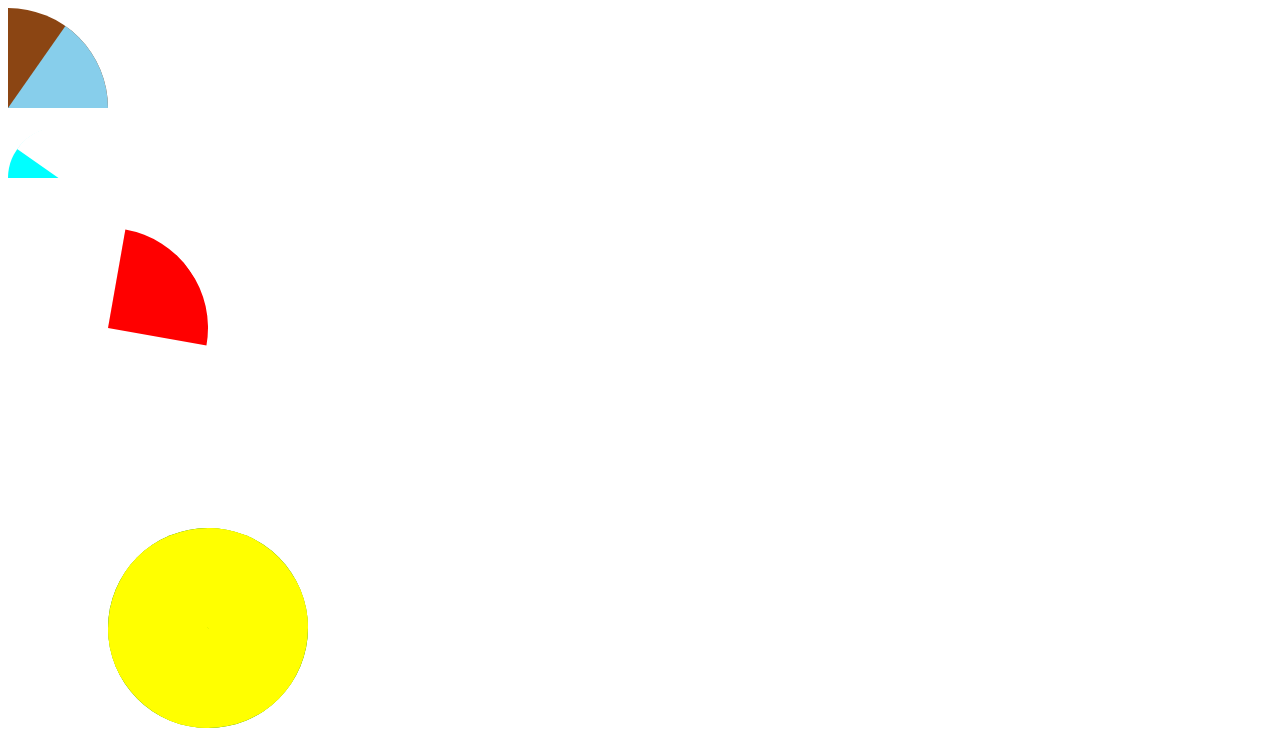
Repository: MMXiaohang/frontend-interview-coding
Page: 56.扇形.html
These files come from the project's save history. The page is drawn as it stood at one moment and after a run of saves; the edit follows.
The browser window is 1280 px wide. The pictures show the whole page.

Above is the page before, as saved 2022-08-14 10:54:54.

### 56.扇形.html
<!DOCTYPE html>
<html lang="en">
<head>
    <meta charset="UTF-8">
    <meta http-equiv="X-UA-Compatible" content="IE=edge">
    <meta name="viewport" content="width=device-width, initial-scale=1.0">
    <title>扇形</title>
    <style>
        #div{
            width: 100px;
            height: 100px;
            position: relative;
            background: transparent;
            overflow: hidden;
            /* transform: rotate(-45deg); */
        }

        #circle{
            position: absolute;
            right: 0;
            top: 0;
            width: 200px;
            height: 200px;
            border-radius: 50%;
            background-color: saddlebrown;
            overflow: hidden;
        }

        #d1{
            transform: skewX(145deg);
            transform-origin: 0 100%;
            position: absolute;
            right: 0;
            top: 0;
            background-color: skyblue;
            width: 100px;
            height: 100px;
        }

        .container{
            width: 100px;
            height: 100px;
            margin-top: 20px;
            background-color: transparent;
        }

        .c1{
            width: 100px;
            height: 50px;
            background-color: aqua;
            border-radius: 50px 50px 0 0;
        }

        .c2{
            width: 101px;
            height: 51px;
            background-color: white;
            border-radius: 0 0 50px 50px;
            transform: rotate(-145deg);
            transform-origin: center top;
        }

        .semicircle{
            width: 0;
            height: 0;
            border: 100px solid red;
            border-radius: 50%;
            border-color: transparent transparent transparent red;
            transform: rotateZ(145deg);
            margin-bottom: 100px;
        }

        .pie{
            margin-top: 100px;
            margin-left: 100px;
            height: 200px;
            width: 200px;
            border-radius: 50%;
            position: relative;
            overflow: hidden;
            background-color: aqua;
        }

        .slice{
            width: 100px;
            height: 100px;
            position:absolute;
            top: 0;
            right: 0;
            transform: skewY(-30deg);
            transform-origin: 0 100%;
            background-color: yellow;
            overflow: hidden;
        }

        .pie:nth-child(2n){
            background-color: green;
        }

        .slice-one{
            transform: rotate(0);
        }

        .slice-two{
            transform: rotate(-60deg);
        }

        .slice-three{
            transform: rotate(-120deg);
        }
        .slice-four{
            transform: rotate(-180deg);
        }
        .slice-five{
            transform: rotate(-240deg);
        }
        .slice-six{
            transform: rotate(-300deg);
        }
    </style>
</head>
<body>
    <div id="div">
        <div id="circle">
            <div id="d1"></div>
        </div>
    </div>


    <div class="container">
        <div class="c1"></div>
        <div class="c2"></div>
    </div>

    <div class="semicircle"></div>

    <div class="pie">
        <div class="slice slice-one"></div>
        <div class="slice slice-two"></div>
        <div class="slice slice-three"></div>
        <div class="slice slice-four"></div>
        <div class="slice slice-five"></div>
        <div class="slice slice-six"></div>
    </div>
</body>
</html>

After the next 2 saves:
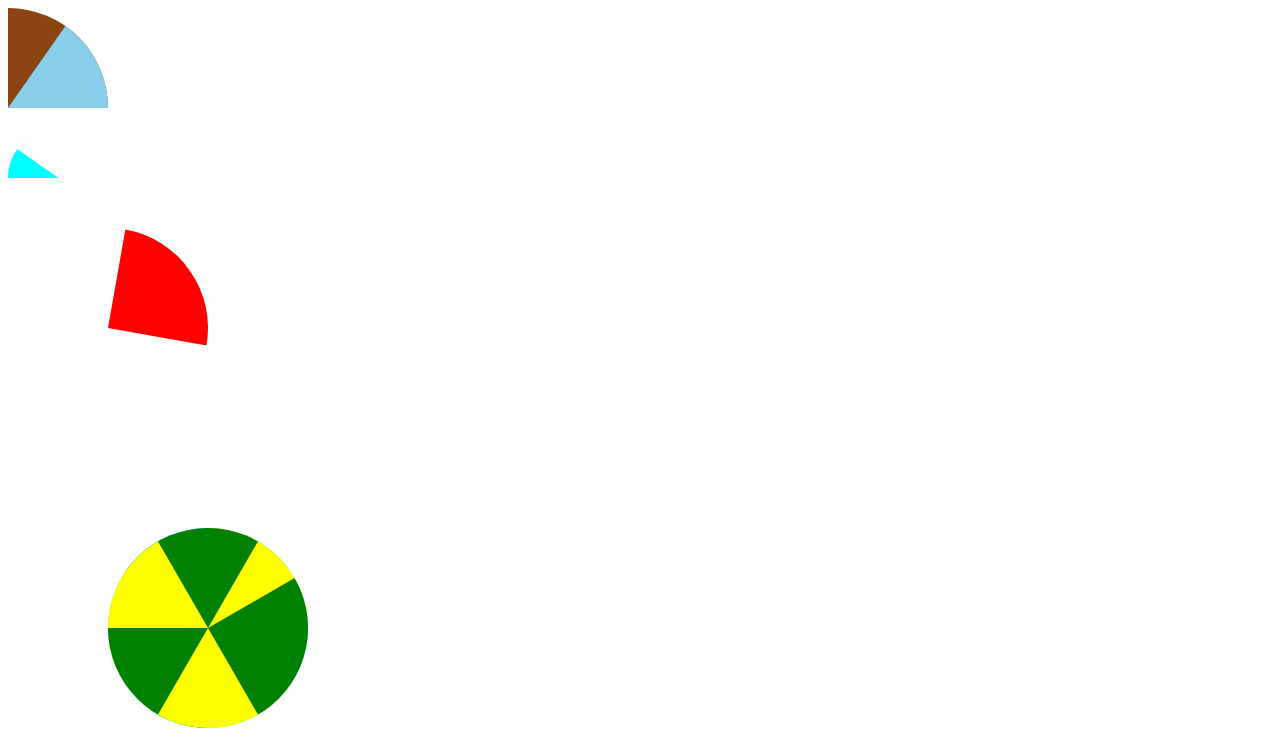
The 2 saves are shown as one change because they came seconds apart.
The last was saved 74 s later.
--- a/56.扇形.html
+++ b/56.扇形.html
@@ -93,7 +93,7 @@
             overflow: hidden;
         }
 
-        .pie:nth-child(2n){
+        .slice:nth-of-type(2n){
             background-color: green;
         }
 
